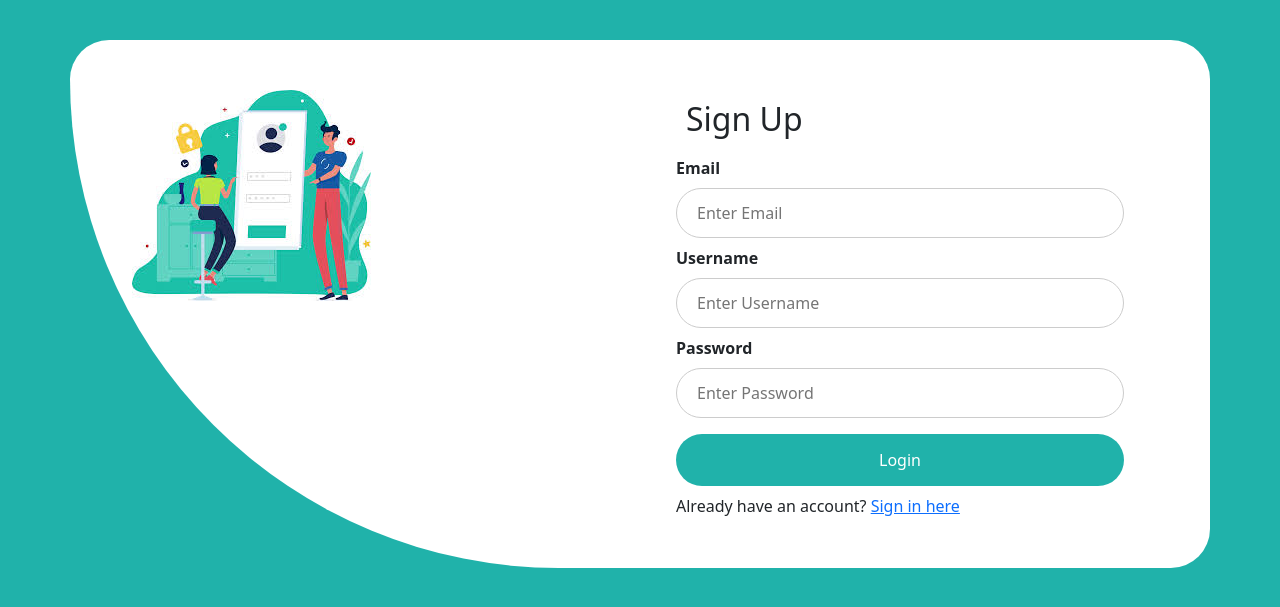
Repository: Sadia-Naveed-Shaikh/JavaScript-Website
Page: SignUp.html
These files come from the project's save history. The page is drawn as it stood at one moment and after the next save; the edit follows.
The browser window is 1280 px wide. The pictures show the whole page.

Above is the page before, as saved 2021-10-27 15:07:45.

After the next save:
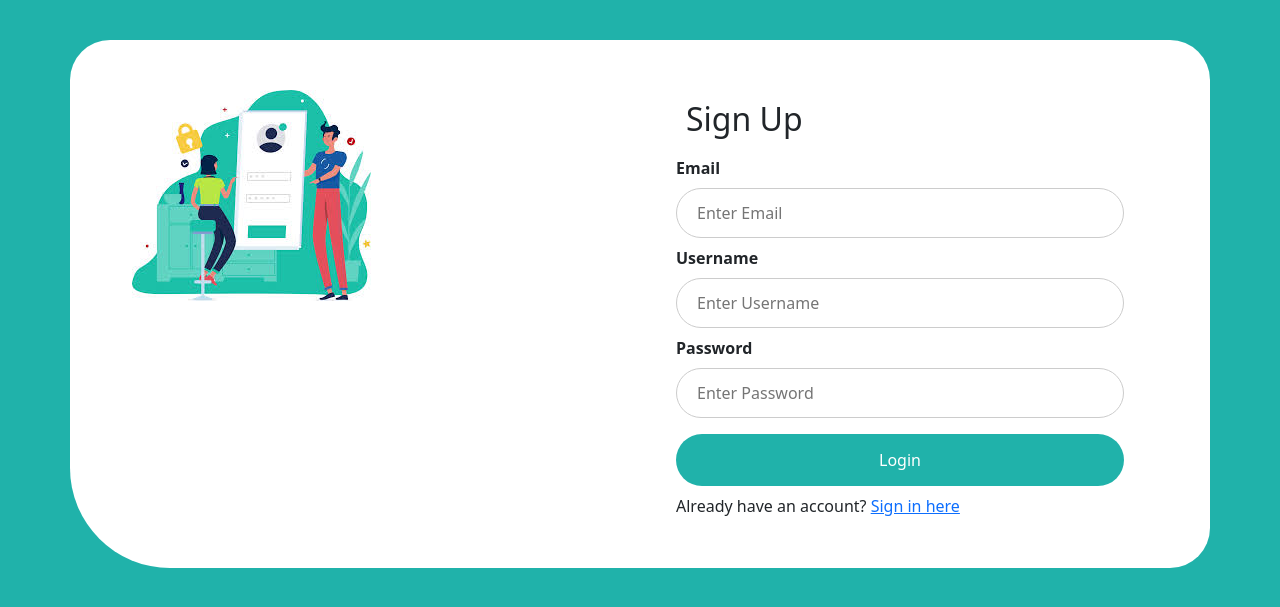
Saved 4 s later.
--- a/SignUp.html
+++ b/SignUp.html
@@ -61,7 +61,7 @@
         .row{
             background-color: white;
             border-radius: 40px;
-            border-bottom-left-radius: 500px;
+            border-bottom-left-radius: 100px;
             padding: 50px;
             margin-top:40px;
         }
